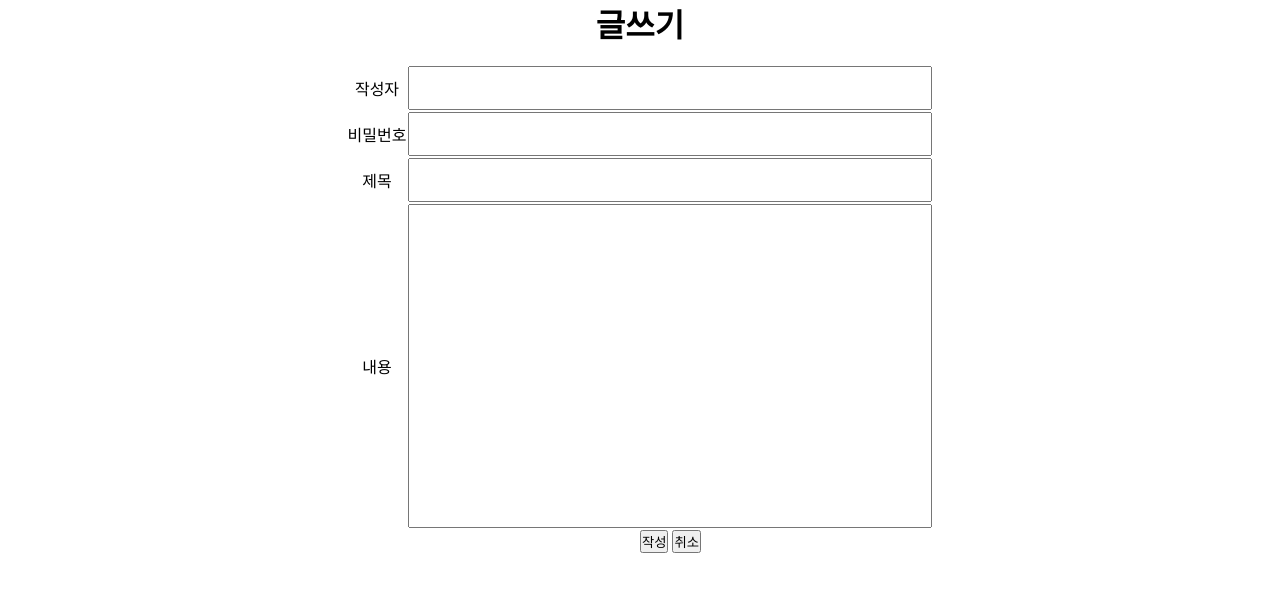
Repository: 1plus1equals3-true/Board-temp
Page: http://localhost/jsp/board/write.jsp
These files come from the project's save history. The page is drawn as it stood at one moment and after the next save; the edit follows.
The browser window is 1280 px wide. The pictures show the whole page.
The page is served by Tomcat 9. Other server files are loaded and not shown.

Above is the page before, as saved 2025-09-09 05:24:58.

### jsp/src/main/webapp/board/write.jsp
<%@ page language="java" contentType="text/html; charset=UTF-8"
    pageEncoding="UTF-8"%>
<!DOCTYPE html>
<html>
<head>
<meta charset="UTF-8">
<title>쓰기</title>
<style>
*{
	margin: 0 auto;
	padding: 0;
	text-align: center;
}
input[type=text] {
	text-align:left;
	width: 500px;
	height: 20px;
	padding: 10px;
}
input.text {
	width: 500px;
	height: 300px;
}
</style>
</head>
<body>

<h1>글쓰기</h1><br>
<form action="write_proc.jsp" method="get">
	<table>

		<tr>
			<td>작성자</td>
			<td><input type="text" name="writeid"></td>
		</tr>
		<tr>
			<td>비밀번호</td>
			<td><input type="text" name="writepass"></td>
		</tr>
		<tr>
			<td>제목</td>
			<td><input type="text" name="writetitle"></td>
		</tr>
		<tr>
			<td>내용</td>
			<td>
				<input class="text" type="text" name="writetext">
			</td>
		</tr>
		<tr>
			<td></td>
			<td>
				<input type="submit" value="작성">
				<a href="list.jsp"><button type="button">취소</button></a>
			</td>
		</tr>

	</table>
</form>

</body>
</html>

After the next save:
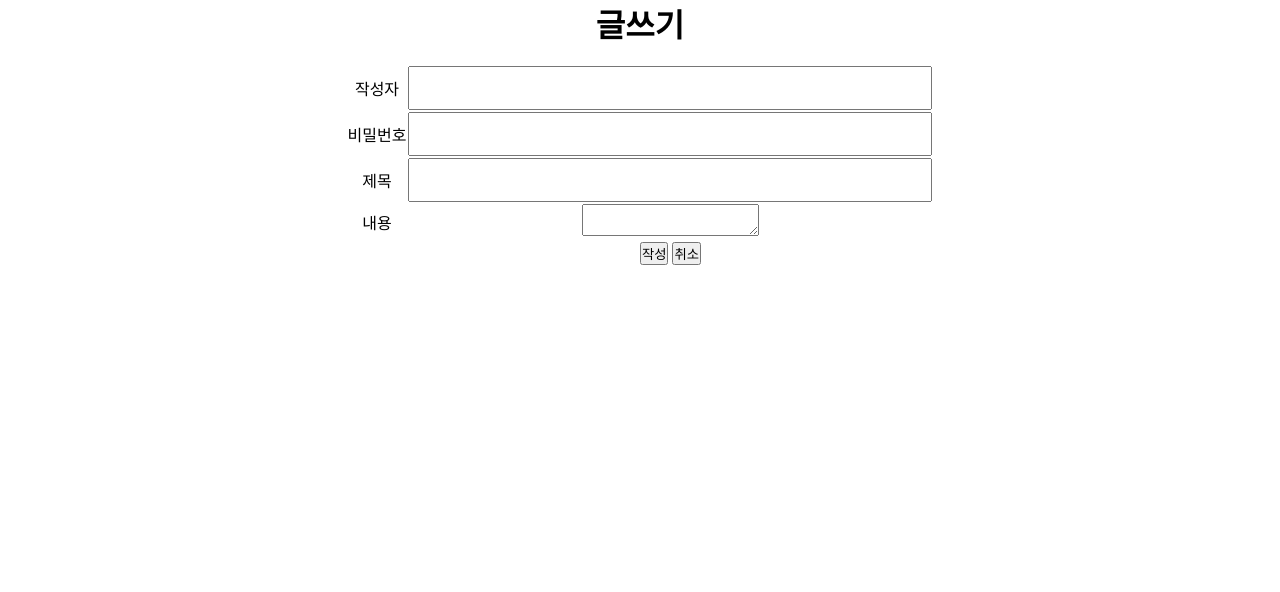
Saved 66 min 46 s later.
--- a/jsp/src/main/webapp/board/write.jsp
+++ b/jsp/src/main/webapp/board/write.jsp
@@ -44,7 +44,7 @@ input.text {
 		<tr>
 			<td>내용</td>
 			<td>
-				<input class="text" type="text" name="writetext">
+				<textarea class="text" name="writetext" rows="" cols=""></textarea>
 			</td>
 		</tr>
 		<tr>
